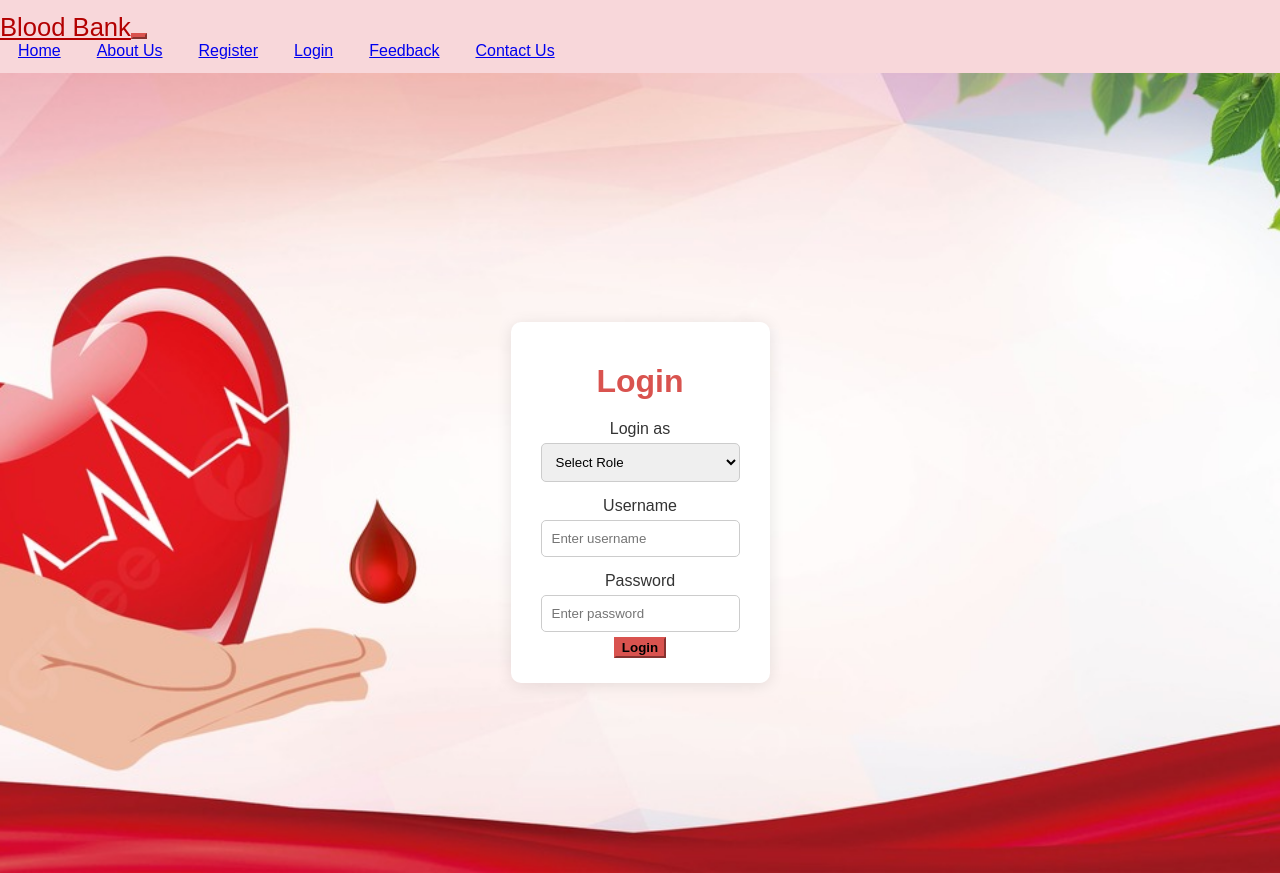
Repository: krismehta02/MINI-PROJECT-MAY
Page: /donor-dashboard (app in blood-donation-frontend/)
The author's editor kept a copy of each file at every save. The page is drawn from the files as they stood at one save, then again after the next save.
The browser window is 1280 px wide. The pictures show the whole page.
The project was rebuilt for these pictures with package versions that can differ from the ones it lists, and the page was loaded fresh each time. Also part of the build but not shown: blood-donation-frontend/vite.config.js, blood-donation-frontend/src/pages/Home.jsx, blood-donation-frontend/src/pages/AboutUs.jsx, blood-donation-frontend/src/pages/Register.jsx, blood-donation-frontend/src/pages/Feedback.jsx, blood-donation-frontend/src/pages/ContactUs.jsx, blood-donation-frontend/src/pages/PatientDashboard.jsx.

Above is the page before, as saved 2025-05-12 08:45:07.

### blood-donation-frontend/src/index.css
body {
  font-family: Arial, sans-serif;
  background-color: #f9f9f9;
  margin: 0;
  padding: 0;
}

.container {
  background-color: #ffffff;
  padding: 20px 30px;
  border-radius: 10px;
  box-shadow: 0 2px 15px rgba(0,0,0,0.1);
  margin-bottom: 40px;
  margin-top: 100px; /* Prevent navbar overlap */
  max-width: 900px; /* Set max width for page content */
  margin-left: auto;
  margin-right: auto;
  text-align: center;
}

.container h1 {
  color: #d9534f;
  margin-bottom: 20px;
}

.container textarea {
  resize: none;
}

button {
  background-color: #d9534f;
  border-color: #d9534f;
}

button:hover {
  background-color: #c9302c;
  border-color: #ac2925;
}

.container label {
  font-weight: bold;
}

.container textarea {
  margin-bottom: 20px;
  border-radius: 5px;
  padding: 10px;
}

### blood-donation-frontend/src/App.jsx
import React from 'react';
import { BrowserRouter as Router, Routes, Route } from 'react-router-dom';
import AppNavbar from './components/Navbar';
import Home from './pages/Home';
import AboutUs from './pages/AboutUs';
import Register from './pages/Register';
import Login from './pages/Login';
import Feedback from './pages/Feedback';
import ContactUs from './pages/ContactUs';
import PatientDashboard from './pages/PatientDashboard';
import DonorDashboard from './pages/DonorDashboard'; // New import

function App() {
  return (
    <Router>
      <AppNavbar />
      <Routes>
        <Route path="/" element={<Home />} />
        <Route path="/about" element={<AboutUs />} />
        <Route path="/register" element={<Register />} />
        <Route path="/login" element={<Login />} />
        <Route path="/feedback" element={<Feedback />} />
        <Route path="/contact" element={<ContactUs />} />
        {/* Protected Dashboard Routes */}
        <Route path="/patient-dashboard" element={<PatientDashboard />} />
        <Route path="/donor-dashboard" element={<DonorDashboard />} /> {/* New route */}
      </Routes>
    </Router>
  );
}

export default App;

### blood-donation-frontend/src/components/Navbar.jsx
import { Container, Nav, Navbar } from "react-bootstrap";
import { Link } from "react-router-dom";

function AppNavbar() {
  return (
    <Navbar
      expand="lg"
      sticky="top"
      style={{
        backgroundColor: "#f8d7da",
        paddingTop: "0.8rem",
        paddingBottom: "0.8rem",
        boxShadow: "0 2px 10px rgba(0, 0, 0, 0.1)",
      }}
    >
      <Container fluid="md">
        <Navbar.Brand
          as={Link}
          to="/"
          className="fw-bold"
          style={{ fontSize: "1.6rem", color: "#b30000" }}
        >
          Blood Bank
        </Navbar.Brand>

        <Navbar.Toggle aria-controls="navbar-nav" className="border-0" />
        <Navbar.Collapse id="navbar-nav" className="justify-content-end">
          <Nav className="gap-2">
            {[
              { to: "/", label: "Home" },
              { to: "/about", label: "About Us" },
              { to: "/register", label: "Register" },
              { to: "/login", label: "Login" },
              { to: "/feedback", label: "Feedback" },
              { to: "/contact", label: "Contact Us" },
            ].map((item, index) => (
              <Nav.Link
                key={index}
                as={Link}
                to={item.to}
                className="btn btn-outline-danger"
                style={{
                  borderRadius: "30px",
                  padding: "6px 18px",
                  fontWeight: 500,
                }}
              >
                {item.label}
              </Nav.Link>
            ))}
          </Nav>
        </Navbar.Collapse>
      </Container>
    </Navbar>
  );
}

export default AppNavbar;

### blood-donation-frontend/src/pages/Login.jsx
import React, { useState } from 'react';
import { Form, Button } from 'react-bootstrap';
import { useNavigate } from 'react-router-dom';
import axios from 'axios';

function Login() {
  const [role, setRole] = useState('');
  const [username, setUsername] = useState('');
  const [password, setPassword] = useState('');
  const navigate = useNavigate();

  // Handle input changes
  const handleRoleChange = (e) => setRole(e.target.value);
  const handleUsernameChange = (e) => setUsername(e.target.value);
  const handlePasswordChange = (e) => setPassword(e.target.value);

  // Handle form submission
  const handleSubmit = async (e) => {
    e.preventDefault();

    // Basic validation
    if (username.trim() === "" || password.trim() === "" || role.trim() === "") {
      alert("Username, password, and role cannot be empty.");
      return;
    }

    try {
      // Send login request to the backend
      const response = await axios.post('http://localhost:5000/login', {
        role,
        username,
        password,
      });

      // If login is successful, store the token and redirect
      const { message, token } = response.data;
      alert(message);

      // Store the token in localStorage for persistence
      localStorage.setItem('authToken', token);
      console.log(token);

      // Redirect to the appropriate dashboard based on role
      if (role === 'patient') {
        navigate('/patient-dashboard');
      } else if (role === 'donor') {
        navigate('/donor-dashboard');
      }

    } catch (error) {
      // Handle login errors
      if (error.response) {
        alert(error.response.data.message || 'Login failed');
      } else {
        alert('Network error. Please try again later.');
      }

      // Reset the form fields after a failed login attempt
      setUsername('');
      setPassword('');
    }
  };

  return ( <div
      className="login-page"
      style={{
        backgroundImage: `url("/Videos/login_bg.jpg")`,
        backgroundSize: 'cover',
        backgroundPosition: 'center',
        backgroundRepeat: 'no-repeat',
        minHeight: '100vh',
        display: 'flex',
        alignItems: 'center',
        justifyContent: 'center',
        padding: '40px'
      }}
      >
  <div className="container mt-5 login-form-container">
      <h1>Login</h1>
      <Form onSubmit={handleSubmit}>
        {/* User Role Dropdown */}
        <Form.Group controlId="formRole">
          <Form.Label>Login as</Form.Label>
          <Form.Control as="select" value={role} onChange={handleRoleChange} required>
            <option value="">Select Role</option>
            <option value="patient">Patient</option>
            <option value="donor">Donor</option>
          </Form.Control>
        </Form.Group>

        {/* Username Field */}
        <Form.Group controlId="formUsername" className="mt-3">
          <Form.Label>Username</Form.Label>
          <Form.Control
            type="text"
            placeholder="Enter username"
            value={username}
            onChange={handleUsernameChange}
            required
          />
        </Form.Group>

        {/* Password Field */}
        <Form.Group controlId="formPassword" className="mt-3">
          <Form.Label>Password</Form.Label>
          <Form.Control
            type="password"
            placeholder="Enter password"
            value={password}
            onChange={handlePasswordChange}
            required
          />
        </Form.Group>

        {/* Submit Button */}
        <Button variant="primary" type="submit" className="mt-3">
          Login
        </Button>
      </Form>
    </div>
    </div>
  );
}

export default Login;

### blood-donation-frontend/src/pages/DonorDashboard.jsx
import React, { useState, useEffect } from "react";
import axios from "axios";
import { useNavigate } from "react-router-dom";

function DonorDashboard() {
  const [donor, setDonor] = useState({});
  const [editing, setEditing] = useState(false);
  const navigate = useNavigate();

  useEffect(() => {
    const fetchData = async () => {
      const token = localStorage.getItem("authToken");
      if (!token) return navigate("/login");

      try {
        const res = await axios.get("http://localhost:5000/getDonorProfile", {
          headers: { Authorization: `Bearer ${token}` }
        });
        setDonor(res.data.donor || res.data || {});
      } catch (err) {
        console.log("Fetch error:", err);
        setDonor({});
      }
    };
    fetchData();
  }, [navigate]);

  const handleUpdate = async () => {
    try {
      const token = localStorage.getItem("authToken");
      await axios.put("http://localhost:5000/updateDonorProfile", donor, {
        headers: { Authorization: `Bearer ${token}` }
      });
      alert("Profile updated!");
      setEditing(false);
    } catch (err) {
      alert("Update failed");
    }
  };

  const handleDelete = async () => {
    if (!window.confirm("Cancel registration?")) return;
    try {
      const token = localStorage.getItem("authToken");
      await axios.delete("http://localhost:5000/deleteDonorProfile", {
        headers: { Authorization: `Bearer ${token}` }
      });
      localStorage.removeItem("authToken");
      navigate("/login");
    } catch (err) {
      alert("Deletion failed");
    }
  };

  return (
    <div className="container" style={{ marginTop: "30px" }}>
      <h2>Donor Dashboard</h2>

      {editing ? (
        <div>
          <input
            type="text"
            placeholder="Username"
            value={donor.username || ""}
            onChange={(e) => setDonor({...donor, username: e.target.value})}
            className="form-control mb-2"
          />
          <input
            type="text"
            placeholder="Age"
            value={donor.age || ""}
            onChange={(e) => setDonor({...donor, age: e.target.value})}
            className="form-control mb-2"
          />
          <input
            type="text"
            placeholder="Blood Group"
            value={donor.blood_group || ""}
            onChange={(e) => setDonor({...donor, blood_group: e.target.value})}
            className="form-control mb-2"
          />
          <button onClick={handleUpdate} className="btn btn-success mb-2">
            Save
          </button>
          <button onClick={() => setEditing(false)} className="btn btn-secondary">
            Cancel
          </button>
        </div>
      ) : (
        <div>
          <p><strong>Username:</strong> {donor.username}</p>
          <p><strong>Age:</strong> {donor.age}</p>
          <p><strong>Blood Group:</strong> {donor.blood_group}</p>
          <button
            onClick={() => setEditing(true)}
            className="btn btn-primary mb-2"
          >
            Edit Profile
          </button>
          <button onClick={handleDelete} className="btn btn-danger">
            Cancel Registration
          </button>
        </div>
      )}
    </div>
  );
}

export default DonorDashboard;

### blood-donation-frontend/src/Home.css
/* Hero Video Banner */
.video-container {
  position: relative;
 height: 65vh;
  overflow: hidden;
  margin-top: 70px;

}
.video-container video.hero-video {
  width: 100%;
  height:100%;
  object-fit: cover;
  top:0;
  left:0;
}


.welcome-card {
  background-color: rgba(255, 255, 255, 0.95);
  border-radius: 20px;
  box-shadow: 0 8px 24px rgba(0, 0, 0, 0.1);
  transition: transform 0.3s;
}
.welcome-card:hover {
  transform: scale(1.01);
}


.did-you-know-card {
  background-color: rgba(255, 255, 255, 0.92);
  border-radius: 15px;
  box-shadow: 0 4px 20px rgba(0, 0, 0, 0.1);
  margin-top: 2rem;
}
.did-you-know-card ul {
  list-style: none;
  padding-left: 0;
}
.did-you-know-card li {
  font-weight: 500;
  font-size: 1.05rem;
  color: #333;
  margin-bottom: 0.75rem;
}

/* Video Wrapper */
.video-wrapper {
  position: relative;
  width: 100%;
  border-radius: 12px;
  overflow: hidden;
  box-shadow: 0 4px 16px rgba(0, 0, 0, 0.1);
}

/* Responsive */
@media (max-width: 768px) {
  .video-container {
    height: 40vh;
  }
  .welcome-card,
  .did-you-know-card {
    padding: 1rem;
    margin: 1rem 0;
  }
  h1,
  h2 {
    font-size: 1.6rem;
  }
  p,
  li {
    font-size: 0.95rem;
  }


}

### blood-donation-frontend/src/Register.css
.register-background {
     background-image: url('/Videos/registeration_bg.jpg');
    background-size: cover;
    background-position: center;
    min-height: 80vh;
    padding-top: 10px;
  }

/*.register-container {
  max-width: 500px;
  margin: 50px auto;
  padding: 60px;
  background-color: #F48FB1;
  border: 2px solid #b80000;
  box-shadow: 0 0 10px rgba(0, 0, 0, 0.1);
  }*/

  .register-container {
    background-color: rgba(255, 255, 255, 0.2);
    backdrop-filter: blur(8px);
    border: 1px solid rgba(255, 255, 255, 0.3);
    box-shadow: 0 0 10px rgba(0, 0, 0, 0.3);
    padding: 30px;
    max-width: 500px;
    margin: 10px auto;
    border-radius: 10px;
    color: #0c0c0c;
  }


  .register-container h1 {
    text-align: center;
    color: #333;
    margin-bottom: 5px;
  }

  .register-container .form-label {
    display: block;
    margin-bottom: 10px;  /* This adds spacing between the label and the input */
    font-weight: 500;
  }

  .register-container .form-control {
    width: 100%;           /* fill the container */
    max-width: 500px;      /* optional: limit width */
    padding: 10px;
    border-radius: 5px;
  }

.form-group,
.mt-3 {
  margin-bottom: 5px;
}

/* Flex row container for horizontal layout */
.form-row {
    display: flex;
    gap: 20px;
    justify-content: space-between;
    margin-bottom: 10px;
  }

  /* Make both inputs in a row take equal space */
  .form-row .form-group {
    flex: 1;
  }


  form .form-label {
    font-weight: 500;
  }

  form .form-control {
    border-radius: 5px;
    padding: 10px;
  }

  button {
    font-weight: bold;
  }

### blood-donation-frontend/src/Feedback.css
.feedback-container {
    background-color: rgba(80, 40, 173, 0.2);
    backdrop-filter: blur(8px);
    border: 1px solid rgba(255, 255, 255, 0.3);
    box-shadow: 0 0 10px rgba(0, 0, 0, 0.3);
    padding: 100px;
    max-width: 500px;
    margin: 100px auto;
    border-radius: 10px;
    color: #0c0c0c;
  }

  /*.feedback-container h1 {
    text-align: center;
    color: #b71c1c;
    margin-bottom: 20px;
  }*/

  label {
    display: block;
    margin-top: 15px;
    margin-bottom: 5px;
    font-weight: bold;
    color: #333;
  }

  input,
  select,
  textarea {
    width: 100%;
    padding: 10px;
    border-radius: 5px;
    border: 1px solid #ccc;
    box-sizing: border-box;
  }

  /*button {
    margin-top: 20px;
    width: 100%;
    padding: 12px;
    background-color: #d32f2f;
    color: #fff;
    font-weight: bold;
    border: none;
    border-radius: 5px;
    cursor: pointer;
  }*/

  button:hover {
    background-color: #b71c1c;
  }

Loaded but not shown: blood-donation-frontend/index.html (common file); blood-donation-frontend/src/main.jsx (common file)

After the next save:
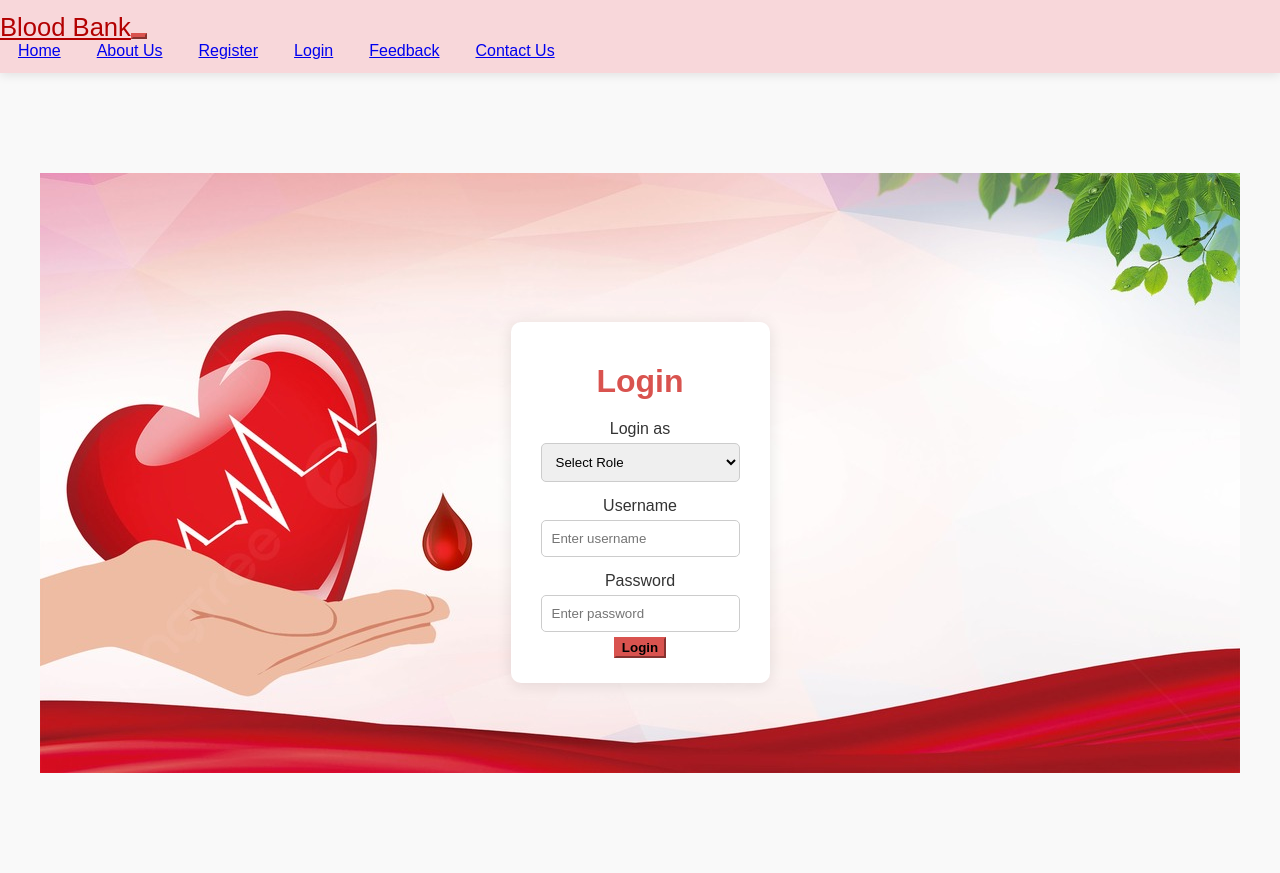
Saved 33 s later.
--- a/blood-donation-frontend/src/pages/Login.jsx
+++ b/blood-donation-frontend/src/pages/Login.jsx
@@ -65,7 +65,6 @@
       className="login-page"
       style={{
         backgroundImage: `url("/Videos/login_bg.jpg")`,
-        backgroundSize: 'cover',
         backgroundPosition: 'center',
         backgroundRepeat: 'no-repeat',
         minHeight: '100vh',

After the save that followed:
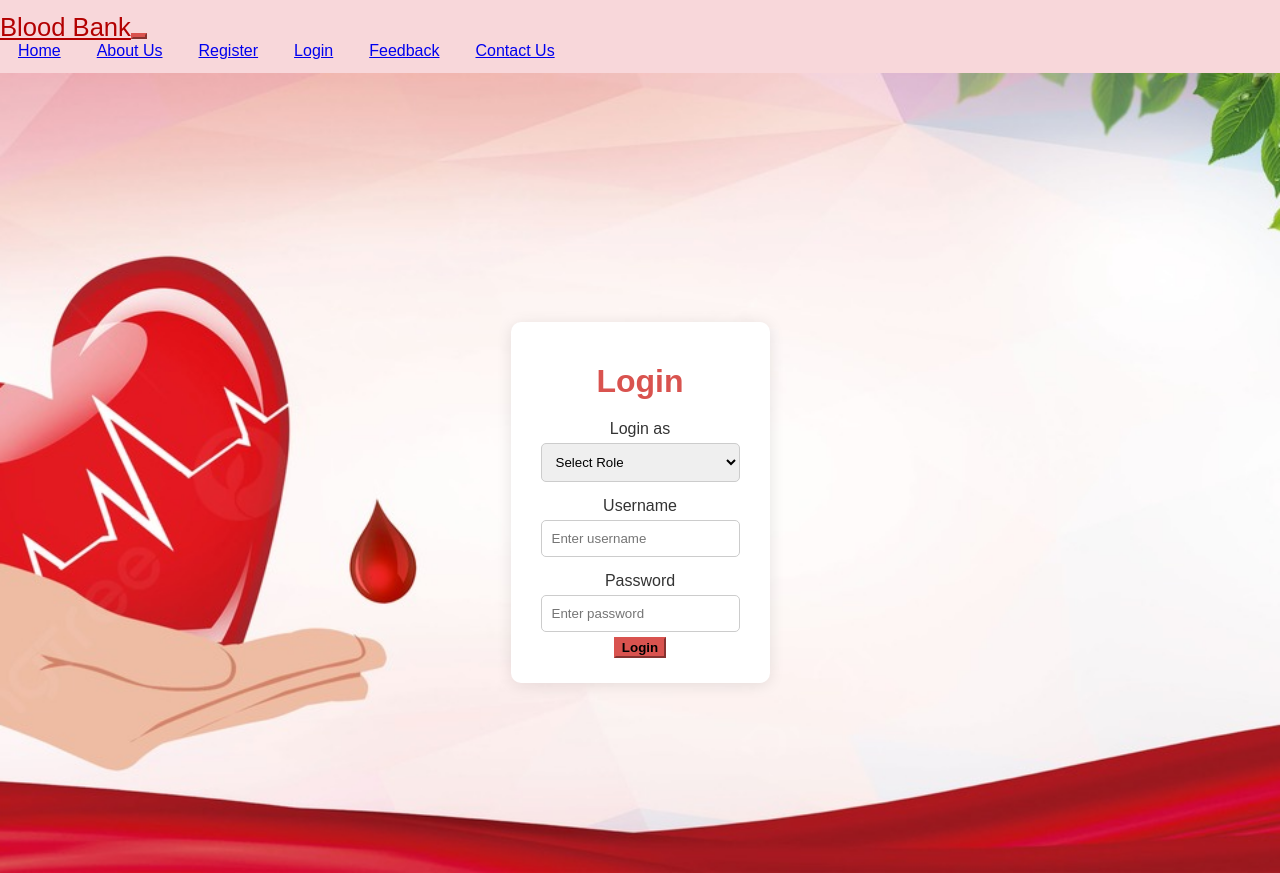
Saved 11 s later.
--- a/blood-donation-frontend/src/pages/Login.jsx
+++ b/blood-donation-frontend/src/pages/Login.jsx
@@ -65,6 +65,7 @@
       className="login-page"
       style={{
         backgroundImage: `url("/Videos/login_bg.jpg")`,
+        backgroundSize: 'cover',
         backgroundPosition: 'center',
         backgroundRepeat: 'no-repeat',
         minHeight: '100vh',
